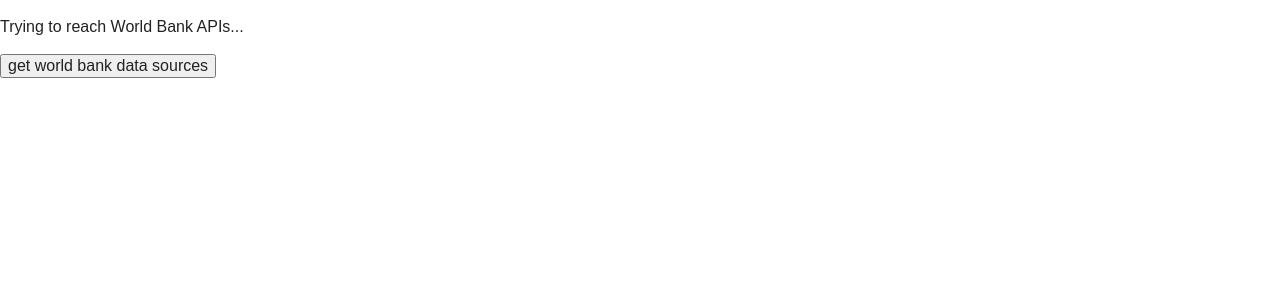
Repository: bugga/venturelab
Page: webkarma/index.html
The author's editor kept a copy of each file at every save. The page is drawn from the files as they stood at one save, then again after a run of saves.
The browser window is 1280 px wide. The pictures show the whole page.
Some web libraries are served in a nearby version.

Above is the page before, as saved 2013-02-01 17:00:40.
Console error: SyntaxError: Unexpected token '}'

### webkarma/index.html
<!DOCTYPE html>
<!--[if lt IE 7]>      <html class="no-js lt-ie9 lt-ie8 lt-ie7"> <![endif]-->
<!--[if IE 7]>         <html class="no-js lt-ie9 lt-ie8"> <![endif]-->
<!--[if IE 8]>         <html class="no-js lt-ie9"> <![endif]-->
<!--[if gt IE 8]><!--> <html class="no-js"> <!--<![endif]-->
    <head>
        <meta charset="utf-8">
        <meta http-equiv="X-UA-Compatible" content="IE=edge,chrome=1">
        <title></title>
        <meta name="description" content="">
        <meta name="viewport" content="width=device-width">

        <!-- Place favicon.ico and apple-touch-icon.png in the root directory -->

        <link rel="stylesheet" href="css/normalize.css">
        <link rel="stylesheet" href="css/main.css">
        <script src="js/vendor/modernizr-2.6.2.min.js"></script>
    </head>
    <body>
        <!--[if lt IE 7]>
            <p class="chromeframe">You are using an <strong>outdated</strong> browser. Please <a href="http://browsehappy.com/">upgrade your browser</a> or <a href="http://www.google.com/chromeframe/?redirect=true">activate Google Chrome Frame</a> to improve your experience.</p>
        <![endif]-->

        <!-- Add your site or application content here -->
        <p>Trying to reach World Bank APIs...</p>
		<button onclick="getAvailableDataSources()">get world bank data sources</button>
		<!-- WORLD BANK -->

        <script src="//ajax.googleapis.com/ajax/libs/jquery/1.9.0/jquery.min.js"></script>
        <script>window.jQuery || document.write('<script src="js/vendor/jquery-1.9.0.min.js"><\/script>')</script>
        <script src="js/plugins.js"></script>
        <script src="js/main.js"></script>

        <!-- Google Analytics: change UA-XXXXX-X to be your site's ID. -->
        <script>
            var _gaq=[['_setAccount','UA-XXXXX-X'],['_trackPageview']];
            (function(d,t){var g=d.createElement(t),s=d.getElementsByTagName(t)[0];
            g.src=('https:'==location.protocol?'//ssl':'//www')+'.google-analytics.com/ga.js';
            s.parentNode.insertBefore(g,s)}(document,'script'));
        </script>
    </body>
</html>

### webkarma/css/main.css
/*
 * HTML5 Boilerplate
 *
 * What follows is the result of much research on cross-browser styling.
 * Credit left inline and big thanks to Nicolas Gallagher, Jonathan Neal,
 * Kroc Camen, and the H5BP dev community and team.
 */

/* ==========================================================================
   Base styles: opinionated defaults
   ========================================================================== */

html,
button,
input,
select,
textarea {
    color: #222;
}

body {
    font-size: 1em;
    line-height: 1.4;
}

/*
 * Remove text-shadow in selection highlight: h5bp.com/i
 * These selection declarations have to be separate.
 * Customize the background color to match your design.
 */

::-moz-selection {
    background: #b3d4fc;
    text-shadow: none;
}

::selection {
    background: #b3d4fc;
    text-shadow: none;
}

/*
 * A better looking default horizontal rule
 */

hr {
    display: block;
    height: 1px;
    border: 0;
    border-top: 1px solid #ccc;
    margin: 1em 0;
    padding: 0;
}

/*
 * Remove the gap between images and the bottom of their containers: h5bp.com/i/440
 */

img {
    vertical-align: middle;
}

/*
 * Remove default fieldset styles.
 */

fieldset {
    border: 0;
    margin: 0;
    padding: 0;
}

/*
 * Allow only vertical resizing of textareas.
 */

textarea {
    resize: vertical;
}

/* ==========================================================================
   Chrome Frame prompt
   ========================================================================== */

.chromeframe {
    margin: 0.2em 0;
    background: #ccc;
    color: #000;
    padding: 0.2em 0;
}

/* ==========================================================================
   Author's custom styles
   ========================================================================== */

















/* ==========================================================================
   Helper classes
   ========================================================================== */

/*
 * Image replacement
 */

.ir {
    background-color: transparent;
    border: 0;
    overflow: hidden;
    /* IE 6/7 fallback */
    *text-indent: -9999px;
}

.ir:before {
    content: "";
    display: block;
    width: 0;
    height: 150%;
}

/*
 * Hide from both screenreaders and browsers: h5bp.com/u
 */

.hidden {
    display: none !important;
    visibility: hidden;
}

/*
 * Hide only visually, but have it available for screenreaders: h5bp.com/v
 */

.visuallyhidden {
    border: 0;
    clip: rect(0 0 0 0);
    height: 1px;
    margin: -1px;
    overflow: hidden;
    padding: 0;
    position: absolute;
    width: 1px;
}

/*
 * Extends the .visuallyhidden class to allow the element to be focusable
 * when navigated to via the keyboard: h5bp.com/p
 */

.visuallyhidden.focusable:active,
.visuallyhidden.focusable:focus {
    clip: auto;
    height: auto;
    margin: 0;
    overflow: visible;
    position: static;
    width: auto;
}

/*
 * Hide visually and from screenreaders, but maintain layout
 */

.invisible {
    visibility: hidden;
}

/*
 * Clearfix: contain floats
 *
 * For modern browsers
 * 1. The space content is one way to avoid an Opera bug when the
 *    `contenteditable` attribute is included anywhere else in the document.
 *    Otherwise it causes space to appear at the top and bottom of elements
 *    that receive the `clearfix` class.
 * 2. The use of `table` rather than `block` is only necessary if using
 *    `:before` to contain the top-margins of child elements.
 */

.clearfix:before,
.clearfix:after {
    content: " "; /* 1 */
    display: table; /* 2 */
}

.clearfix:after {
    clear: both;
}

/*
 * For IE 6/7 only
 * Include this rule to trigger hasLayout and contain floats.
 */

.clearfix {
    *zoom: 1;
}

/* ==========================================================================
   EXAMPLE Media Queries for Responsive Design.
   Theses examples override the primary ('mobile first') styles.
   Modify as content requires.
   ========================================================================== */

@media only screen and (min-width: 35em) {
    /* Style adjustments for viewports that meet the condition */
}

@media print,
       (-o-min-device-pixel-ratio: 5/4),
       (-webkit-min-device-pixel-ratio: 1.25),
       (min-resolution: 120dpi) {
    /* Style adjustments for high resolution devices */
}

/* ==========================================================================
   Print styles.
   Inlined to avoid required HTTP connection: h5bp.com/r
   ========================================================================== */

@media print {
    * {
        background: transparent !important;
        color: #000 !important; /* Black prints faster: h5bp.com/s */
        box-shadow: none !important;
        text-shadow: none !important;
    }

    a,
    a:visited {
        text-decoration: underline;
    }

    a[href]:after {
        content: " (" attr(href) ")";
    }

    abbr[title]:after {
        content: " (" attr(title) ")";
    }

    /*
     * Don't show links for images, or javascript/internal links
     */

    .ir a:after,
    a[href^="javascript:"]:after,
    a[href^="#"]:after {
        content: "";
    }

    pre,
    blockquote {
        border: 1px solid #999;
        page-break-inside: avoid;
    }

    thead {
        display: table-header-group; /* h5bp.com/t */
    }

    tr,
    img {
        page-break-inside: avoid;
    }

    img {
        max-width: 100% !important;
    }

    @page {
        margin: 0.5cm;
    }

    p,
    h2,
    h3 {
        orphans: 3;
        widows: 3;
    }

    h2,
    h3 {
        page-break-after: avoid;
    }
}

### webkarma/js/plugins.js
// Avoid `console` errors in browsers that lack a console.
(function() {
    var method;
    var noop = function () {};
    var methods = [
        'assert', 'clear', 'count', 'debug', 'dir', 'dirxml', 'error',
        'exception', 'group', 'groupCollapsed', 'groupEnd', 'info', 'log',
        'markTimeline', 'profile', 'profileEnd', 'table', 'time', 'timeEnd',
        'timeStamp', 'trace', 'warn'
    ];
    var length = methods.length;
    var console = (window.console = window.console || {});

    while (length--) {
        method = methods[length];

        // Only stub undefined methods.
        if (!console[method]) {
            console[method] = noop;
        }
    }
}());

// Place any jQuery/helper plugins in here.

### webkarma/js/main.js
/**
 * @author Shriyamvar Bugga
 */

function getAvailableDataSources()
{
	var url = "http://api.worldbank.org/source?per_page=10";
	alert( url );
	makeRequest( url );
}

function makeRequest(url)
{
	var httpRequest;
	if (window.XMLHttpRequest)
 	{ // Mozilla, Safari, ...
		httpRequest = new XMLHttpRequest();
    }
    else if (window.ActiveXObject)
    { // IE
		try
		{
        	httpRequest = new ActiveXObject("Msxml2.XMLHTTP");
        }
        catch (e)
        {
        	try
        	{
        		httpRequest = new ActiveXObject("Microsoft.XMLHTTP");
        	}
        	catch (e) {}
        }
    }

    if (!httpRequest)
    {
    	alert('Giving up :( Cannot create an XMLHTTP instance');
    	return false;
    }

    httpRequest.onreadystatechange = paintContents;
    httpRequest.open('GET', url, true);
    httpRequest.send();
    xmlDoc =
}

function paintContents()
{
	if (httpRequest.readyState === 4)
    {
    	alert('start parsing response');
    	ParseHTTPResponse(httpRequest);
    	// if (httpRequest.status === 200)
    	// {
    		// alert("Response Text length: " + httpRequest.responseText.length);
    	// }
    	// else
    	// {
        	// alert('There was a problem with the request. httpRequest.status: ' + httpRequest.status);
        // }
	}
}

function ParseHTTPResponse (httpRequest) {
    var xmlDoc = httpRequest.responseXML;

            // if responseXML is not valid, try to create the XML document from the responseText property
    if (!xmlDoc || !xmlDoc.documentElement) {
        if (window.DOMParser) {
            var parser = new DOMParser();
            try {
                xmlDoc = parser.parseFromString (httpRequest.responseText, "text/xml");
            } catch (e) {
                alert ("XML parsing error");
                return null;
            };
        }
        else {
            xmlDoc = CreateMSXMLDocumentObject ();
            if (!xmlDoc) {
                return null;
            }
            xmlDoc.loadXML (httpRequest.responseText);

        }

    }
                // if there was an error while parsing the XML document
    var errorMsg = null;
    if (xmlDoc.parseError && xmlDoc.parseError.errorCode != 0) {
        errorMsg = "XML Parsing Error: " + xmlDoc.parseError.reason
                  + " at line " + xmlDoc.parseError.line
                  + " at position " + xmlDoc.parseError.linepos;
    }
    else {
        if (xmlDoc.documentElement) {
            if (xmlDoc.documentElement.nodeName == "parsererror") {
                errorMsg = xmlDoc.documentElement.childNodes[0].nodeValue;
            }
        }
    }
    if (errorMsg) {
        alert (errorMsg);
        return null;
    }

        // ok, the XML document is valid
    return xmlDoc;
}

Loaded but not shown: webkarma/css/normalize.css (library); webkarma/js/vendor/modernizr-2.6.2.min.js (library)

After the next 2 saves:
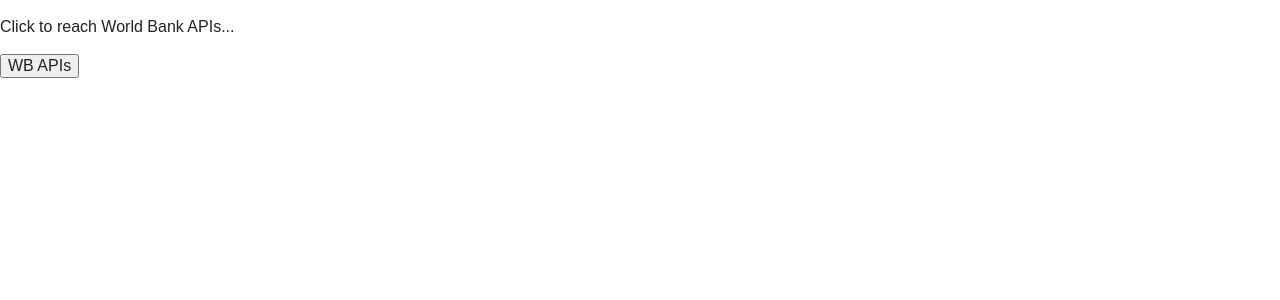
The 2 saves are shown as one change because they came seconds apart.
The last was saved 2 min 1 s later.
--- a/webkarma/index.html
+++ b/webkarma/index.html
@@ -22,8 +22,8 @@
         <![endif]-->
 
         <!-- Add your site or application content here -->
-        <p>Trying to reach World Bank APIs...</p>
-		<button onclick="getAvailableDataSources()">get world bank data sources</button>
+        <p>Click to reach World Bank APIs...</p>
+		<button onclick="getAvailableDataSources()">WB APIs</button>
 		<!-- WORLD BANK -->
 
         <script src="//ajax.googleapis.com/ajax/libs/jquery/1.9.0/jquery.min.js"></script>
